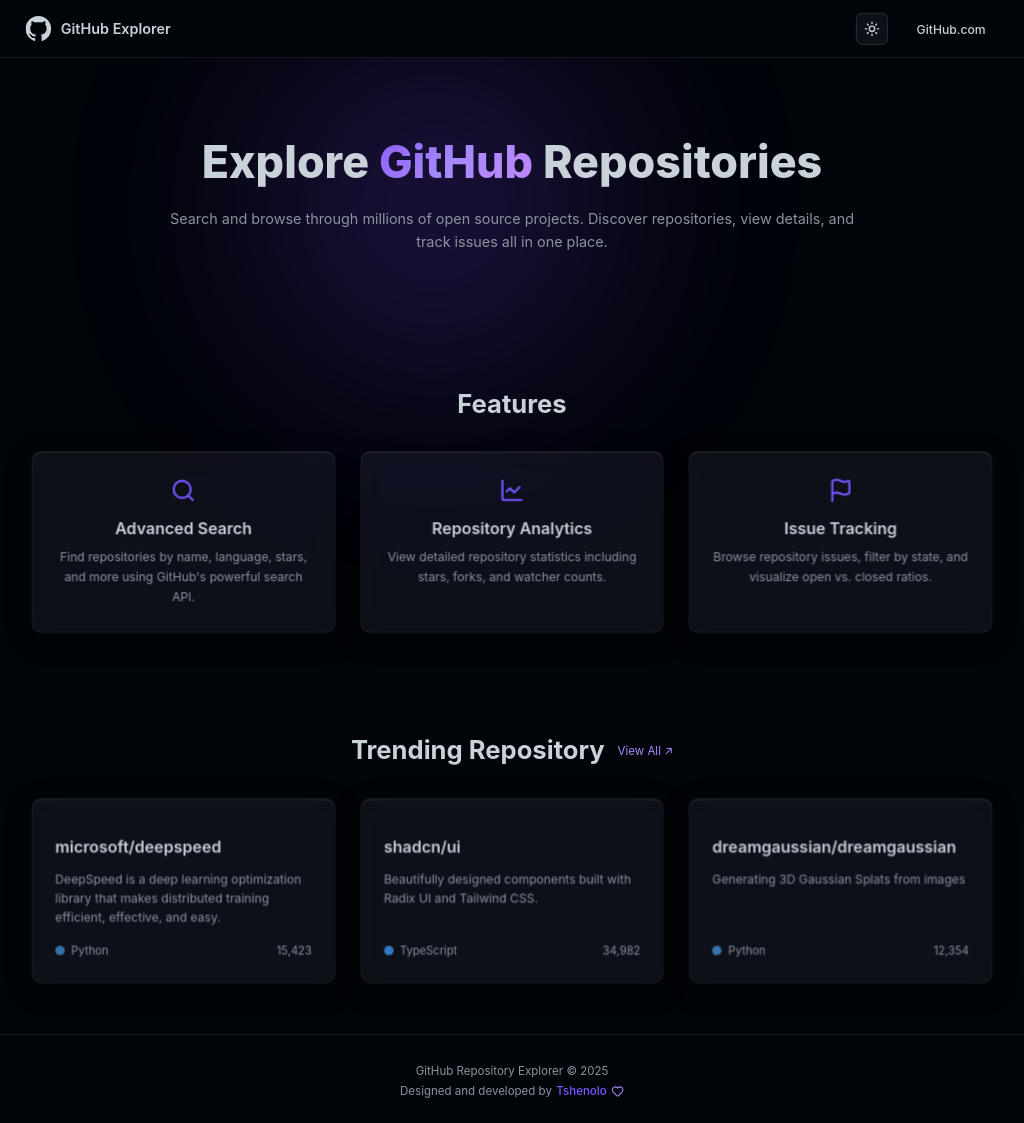
Repository: Tshenolo1994/username-repo
Page: /
These files come from the project's save history. The page is drawn as it stood at one moment and after the next save; the edit follows.
The browser window is 1280 px wide. The pictures show the whole page, at 80% of full size.
The project was rebuilt for these pictures with package versions that can differ from the ones it lists, and the page was loaded fresh each time. Also part of the build but not shown: vite.config.ts, src/views/RepoView.vue.

Above is the page before, as saved 2025-10-27 01:42:06.

### index.html
<!doctype html>
<html lang="en">
  <head>
    <meta charset="UTF-8" />
    <link rel="icon" type="image/svg+xml" href="/vite.svg" />
    <meta name="viewport" content="width=device-width, initial-scale=1.0" />
    <title>commit-explorer</title>
  </head>
  <body>
    <div id="app"></div>
    <script type="module" src="/src/main.ts"></script>
  </body>
</html>

### src/main.ts
import { createApp } from 'vue'
import { createPinia } from 'pinia'
import App from './App.vue'
import router from './router'
import './styles/theme.css'

createApp(App)
  .use(createPinia())
  .use(router)
  .mount('#app')

### src/App.vue
<!-- App.vue or Layout.vue -->
<script setup>
import Header from '@/components/Header.vue';
import Footer from '@/components/Footer.vue';
</script>

<template>
  <div id="app">
    <Header />
    <main>
      <router-view />
    </main>
    <Footer />
  </div>
</template>

### src/router/index.ts
import { createRouter, createWebHistory } from 'vue-router'
import HomeView from '@/views/HomeView.vue'
import RepoView from '@/views/RepoView.vue'

const router = createRouter({
  history: createWebHistory(),
  routes: [
    { path: '/', name: 'home', component: HomeView },
    { path: '/repos/:username', name: 'repos', component: RepoView, props: true },
  ],
  scrollBehavior: () => ({ top: 0 }),
})

export default router

### src/styles/theme.css
:root {
    /* Dark theme (default) */
    --bg: #010409;
    --bg-elev: #0d1117;
    --border: #30363d;
    --text: #c9d1d9;
    --muted: #8b949e;
    --button-bg: #161b22;
    --button-accent: #3fb950;
    --link: #7656FE;
    --error-text: #ff7b72;
    --error-bg: rgba(248, 81, 73, 0.1);
    --empty-state-bg: rgba(13, 17, 23, 0.5);
  }

  html, body, #app {
    margin: 0;
    padding: 0;
    background: var(--bg);
    color: var(--text);
    font-family: 'Inter', system-ui, -apple-system, BlinkMacSystemFont, 'Segoe UI', sans-serif;
    transition: background 0.3s ease, color 0.3s ease;
  }

  * {
    box-sizing: border-box;
  }

  h1, h2, h3, h4, h5, h6 {
    line-height: 1.2;
    margin: 0;
  }

  p {
    margin: 0.25rem 0 0;
  }

  a {
    color: var(--link);
    text-decoration: none;
  }

  button {
    font-family: inherit;
    border: none;
    outline: none;
  }

  input, textarea, select {
    font-family: inherit;
  }

  .card {
    background: var(--bg-elev);
    border: 1px solid var(--border);
    border-radius: 0.75rem;
    padding: 1rem;
    box-shadow: 0 1px 2px rgba(0, 0, 0, 0.15);
  }

### src/components/Header.vue
<script setup lang="ts">
import { Sun, Moon } from 'lucide-vue-next';
import { useTheme } from '@/composables/useTheme';

const { isDark, toggleTheme } = useTheme();
</script>

<template>
  <header class="header">
    <div class="header-content">
      <div class="logo">
        <svg width="32" height="32" viewBox="0 0 16 16" fill="currentColor">
          <path d="M8 0C3.58 0 0 3.58 0 8c0 3.54 2.29 6.53 5.47 7.59.4.07.55-.17.55-.38 0-.19-.01-.82-.01-1.49-2.01.37-2.53-.49-2.69-.94-.09-.23-.48-.94-.82-1.13-.28-.15-.68-.52-.01-.53.63-.01 1.08.58 1.23.82.72 1.21 1.87.87 2.33.66.07-.52.28-.87.51-1.07-1.78-.2-3.64-.89-3.64-3.95 0-.87.31-1.59.82-2.15-.08-.2-.36-1.02.08-2.12 0 0 .67-.21 2.2.82.64-.18 1.32-.27 2-.27.68 0 1.36.09 2 .27 1.53-1.04 2.2-.82 2.2-.82.44 1.1.16 1.92.08 2.12.51.56.82 1.27.82 2.15 0 3.07-1.87 3.75-3.65 3.95.29.25.54.73.54 1.48 0 1.07-.01 1.93-.01 2.2 0 .21.15.46.55.38A8.013 8.013 0 0016 8c0-4.42-3.58-8-8-8z"/>
        </svg>
        <span class="logo-text">GitHub Explorer</span>
      </div>

      <nav class="nav">
        <button @click="toggleTheme" class="theme-toggle" :aria-label="isDark ? 'Switch to light mode' : 'Switch to dark mode'">
          <Sun v-if="isDark" :size="20" />
          <Moon v-else :size="20" />
        </button>
        <a href="https://github.com" target="_blank" rel="noreferrer" class="github-link">
          GitHub.com
        </a>
      </nav>
    </div>
  </header>
</template>

<style scoped>
.header {
  background: var(--bg);
  border-bottom: 1px solid var(--border);
  padding: 1rem 2rem;
  position: sticky;
  top: 0;
  z-index: 100;
  backdrop-filter: blur(8px);
  transition: background 0.3s, border-color 0.3s;
}

.header-content {
  max-width: 1400px;
  margin: 0 auto;
  display: flex;
  justify-content: space-between;
  align-items: center;
}

.logo {
  display: flex;
  align-items: center;
  gap: 0.75rem;
  color: var(--text);
  font-weight: 600;
  font-size: 1.125rem;
  cursor: pointer;
  transition: color 0.2s;
}

.logo:hover {
  color: var(--link);
}

.logo svg {
  flex-shrink: 0;
}

.logo-text {
  font-weight: 600;
}

.nav {
  display: flex;
  align-items: center;
  gap: 1.25rem;
}

.theme-toggle {
  background: var(--bg-elev);
  border: 1px solid var(--border);
  border-radius: 8px;
  width: 40px;
  height: 40px;
  display: flex;
  align-items: center;
  justify-content: center;
  cursor: pointer;
  color: var(--text);
  transition: all 0.2s;
}

.theme-toggle:hover {
  background: var(--border);
  transform: rotate(15deg);
}

.github-link {
  color: var(--text);
  text-decoration: none;
  font-size: 0.95rem;
  font-weight: 500;
  padding: 0.5rem 1rem;
  border-radius: 6px;
  transition: all 0.2s;
}

.github-link:hover {
  color: var(--link);
  background: var(--bg-elev);
}

@media (max-width: 640px) {
  .header {
    padding: 1rem;
  }

  .logo-text {
    display: none;
  }
}
</style>

### src/components/Footer.vue
<script setup lang="ts">
import { Heart } from 'lucide-vue-next';

const currentYear = new Date().getFullYear();
</script>

<template>
  <footer class="footer">
    <div class="footer-content">
      <p class="footer-text">
        GitHub Repository Explorer © {{ currentYear }}
      </p>
      <p class="footer-credits">
        Designed and developed by <a href="#" class="footer-link">Tshenolo</a>
        <Heart :size="16" class="heart-icon" />
      </p>
    </div>
  </footer>
</template>

<style scoped>
.footer {
  background: var(--bg);
  border-top: 1px solid var(--border);
  padding: 2rem;
  margin-top: auto;
  transition: background 0.3s, border-color 0.3s;
}

.footer-content {
  max-width: 1400px;
  margin: 0 auto;
  text-align: center;
}

.footer-text {
  color: var(--muted);
  font-size: 0.9rem;
  margin-bottom: 0.5rem;
}

.footer-credits {
  color: var(--muted);
  font-size: 0.9rem;
  margin: 0;
  display: flex;
  align-items: center;
  justify-content: center;
  gap: 0.35rem;
}

.heart-icon {
  color: #a78bfa;
  fill: none;
}

.footer-link {
  color: var(--link);
  text-decoration: none;
  font-weight: 500;
  transition: opacity 0.2s;
}

.footer-link:hover {
  opacity: 0.8;
}

@media (max-width: 640px) {
  .footer {
    padding: 1.5rem 1rem;
  }

  .footer-text,
  .footer-credits {
    font-size: 0.85rem;
  }
}
</style>

### src/views/HomeView.vue
<script setup lang="ts">
import { ref } from "vue";
import { useRouter } from "vue-router";
import { Search, LineChart, Flag } from "lucide-vue-next";


const features = ref([
  {
    id: 1,
    icon: Search,
    title: "Advanced Search",
    description: "Find repositories by name, language, stars, and more using GitHub's powerful search API.",
  },
  {
    id: 2,
    icon: LineChart,
    title: "Repository Analytics",
    description: "View detailed repository statistics including stars, forks, and watcher counts.",
  },
  {
    id: 3,
    icon: Flag,
    title: "Issue Tracking",
    description: "Browse repository issues, filter by state, and visualize open vs. closed ratios.",
  },
]);

// sample trending repos
const trendingRepos = ref([
  {
    id: 1,
    name: "microsoft/deepspeed",
    stars: 15423,
    description:
      "DeepSpeed is a deep learning optimization library that makes distributed training efficient, effective, and easy.",
    language: "Python",
  },
  {
    id: 2,
    name: "shadcn/ui",
    stars: 34982,
    description:
      "Beautifully designed components built with Radix UI and Tailwind CSS.",
    language: "TypeScript",
  },
  {
    id: 3,
    name: "dreamgaussian/dreamgaussian",
    stars: 12354,
    description: "Generating 3D Gaussian Splats from images",
    language: "Python",
  },
]);

const router = useRouter();
const username = ref("");

function search() {
  if (username.value.trim()) {
    router.push(`/repos/${username.value.trim()}`);
  }
}

function getLangColor(lang: string): string {
  const colors: Record<string, string> = {
    JavaScript: "#f1e05a",
    TypeScript: "#3178c6",
    Python: "#3572A5",
    Java: "#b07219",
    Go: "#00ADD8",
    Ruby: "#701516",
  };
  return colors[lang] || "#6e7681";
}
</script>

<template>
  <div class="home-page">
    <div class="gradient-ball"></div>

    <!-- Hero Section -->
    <section class="hero">
      <div class="hero-content">
        <h1 class="hero-title">
          Explore <span class="gradient-text">GitHub</span> Repositories
        </h1>
        <p class="hero-sub">
          Search and browse through millions of open source projects. Discover
          repositories, view details, and track issues all in one place.
        </p>

        <div class="search-box">
            <div class="search-wrapper">
        <SearchBar />
      </div>
        </div>
      </div>
    </section>

    <!-- Features -->
    <section class="section">
      <div class="section-header">
        <h2>Features</h2>
      </div>

      <div class="grid">
        <div
          v-for="feature in features"
          :key="feature.id"
          class="card glass"
        >
          <component :is="feature.icon" class="icon" :size="32" />
          <h3>{{ feature.title }}</h3>
          <p>{{ feature.description }}</p>
        </div>
      </div>
    </section>

    <!-- Trending -->
    <section class="section">
      <div class="section-header">
        <h2>Trending Repository</h2>
        <a
          href="https://github.com/trending"
          target="_blank"
          rel="noreferrer"
          class="view-all"
        >
          View All ↗
        </a>
      </div>

      <div class="grid">
        <div
          v-for="repo in trendingRepos"
          :key="repo.id"
          class="card glass repo-card"
        >
          <h3 class="repo-name">{{ repo.name }}</h3>
          <p class="repo-desc">{{ repo.description }}</p>
          <div class="repo-meta">
            <div class="lang">
              <span
                class="dot"
                :style="{ backgroundColor: getLangColor(repo.language) }"
              ></span>
              <span>{{ repo.language }}</span>
            </div>
            <div class="stars">
              <svg
                class="star"
                fill="currentColor"
                viewBox="0 0 16 16"
              >
                <path
                  d="M8 .25a.75.75 0 01.673.418l1.882 3.815 4.21.612a.75.75 0 01.416 1.279l-3.046 2.97.719 4.192a.75.75 0 01-1.088.791L8 12.347l-3.766 1.98a.75.75 0 01-1.088-.79l.72-4.194L.818 6.374a.75.75 0 01.416-1.28l4.21-.611L7.327.668A.75.75 0 018 .25z"
                />
              </svg>
              {{ repo.stars.toLocaleString() }}
            </div>
          </div>
        </div>
      </div>
    </section>
  </div>
</template>

<style scoped>
.home-page {
  background: var(--bg);
  color: var(--text);
  min-height: 100vh;
  width: 100%;
  overflow-x: hidden;
  position: relative;
  transition: background 0.3s, color 0.3s;
}

.gradient-ball {
  position: absolute;
  top: -100px;
  left: 50%;
  transform: translateX(-50%);
  width: 600px;
  height: 600px;
  border-radius: 50%;
  background: radial-gradient(circle at center, var(--link) 0%, rgba(124, 58, 237, 0.6) 30%, transparent 70%);
  opacity: 0.3;
  filter: blur(100px);
  z-index: 0;
  animation: float 15s ease-in-out infinite;
  transition: background 0.3s;
}

@keyframes float {
  0% {
    transform: translate(-50%, 0) scale(1);
  }
  25% {
    transform: translate(-80%, -40px) scale(1.2);
  }
  50% {
    transform: translate(-20%, 80px) scale(0.85);
  }
  75% {
    transform: translate(-70%, 30px) scale(1.15);
  }
  100% {
    transform: translate(-50%, 0) scale(1);
  }
}

/* Hero Section */
.hero {
  padding: 6rem 2rem 4rem;
  position: relative;
  z-index: 10;
}

.hero-content {
  max-width: 900px;
  margin: 0 auto;
  text-align: center;
}

.hero-title {
  font-size: 3.5rem;
  font-weight: 800;
  margin-bottom: 1.5rem;
  line-height: 1.2;
}

.gradient-text {
  background: linear-gradient(135deg, #8b5cf6 0%, #a78bfa 50%, #c084fc 100%);
  -webkit-background-clip: text;
  -webkit-text-fill-color: transparent;
  background-clip: text;
}

.hero-sub {
  color: var(--muted);
  font-size: 1.125rem;
  margin-bottom: 2.5rem;
  line-height: 1.6;
}

.search-box {
  display: flex;
  justify-content: center;
  gap: 0.75rem;
  max-width: 600px;
  margin: 0 auto;
}

.search-input {
  padding: 0.875rem 1.25rem;
  border-radius: 8px;
  flex: 1;
  background: var(--bg-elev);
  color: var(--text);
  border: 1px solid var(--border);
  font-size: 0.95rem;
  transition: all 0.2s;
}

.search-input:focus {
  outline: none;
  border-color: var(--link);
  background: var(--bg-elev);
}

.search-input::placeholder {
  color: var(--muted);
}

.search-btn {
  background: var(--button-accent);
  color: white;
  padding: 0.875rem 2rem;
  border-radius: 8px;
  font-weight: 600;
  cursor: pointer;
  border: none;
  font-size: 0.95rem;
  transition: all 0.2s;
}

/* .search-btn:hover {
  background: #2ea043;
  transform: translateY(-1px);
} */

/* Shared Section Styling */
.section {
  padding: 4rem 2rem;
  position: relative;
  z-index: 10;
}

.section-header {
  display: flex;
  align-items: center;
  justify-content: center;
  gap: 1rem;
  margin-bottom: 2.5rem;
}

.section-header h2 {
  font-size: 2rem;
  font-weight: 700;
  color: var(--text);
}

.view-all {
  color: #a78bfa;
  font-size: 0.9rem;
  text-decoration: none;
  display: flex;
  align-items: center;
  gap: 0.25rem;
  transition: all 0.2s;
}

.view-all:hover {
  color: #c084fc;
  transform: translateX(2px);
}

/* Grid + Cards */
.grid {
  display: grid;
  grid-template-columns: repeat(3, 1fr);
  gap: 2rem;
  max-width: 1200px;
  margin: 0 auto;
}

@media (max-width: 980px) {
  .grid {
    grid-template-columns: 1fr;
  }
  .hero-title {
    font-size: 2.5rem;
  }
}

.card {
  padding: 2rem 1.75rem;
  border-radius: 12px;
  text-align: center;
  transition: all 0.3s ease;
}

.card:hover {
  transform: translateY(-6px);
}

/* Glass look */
.glass {
  background: rgba(255, 255, 255, 0.05);
  border: 1px solid rgba(255, 255, 255, 0.1);
  backdrop-filter: blur(20px) saturate(180%);
  box-shadow: 0 8px 32px rgba(0, 0, 0, 0.4),
              inset 0 1px 0 rgba(255, 255, 255, 0.1);
  transition: all 0.3s ease;
}

[data-theme="light"] .glass {
  background: rgba(255, 255, 255, 0.7);
  border: 1px solid rgba(255, 255, 255, 0.3);
  backdrop-filter: blur(20px) saturate(180%);
  box-shadow: 0 8px 32px rgba(0, 0, 0, 0.1),
              inset 0 1px 0 rgba(255, 255, 255, 0.5);
}

.glass:hover {
  background: rgba(255, 255, 255, 0.08);
  border: 1px solid rgba(255, 255, 255, 0.15);
  box-shadow: 0 12px 40px rgba(0, 0, 0, 0.5),
              inset 0 1px 0 rgba(255, 255, 255, 0.15);
}

[data-theme="light"] .glass:hover {
  background: rgba(255, 255, 255, 0.85);
  border: 1px solid rgba(255, 255, 255, 0.4);
  box-shadow: 0 12px 40px rgba(0, 0, 0, 0.15),
              inset 0 1px 0 rgba(255, 255, 255, 0.6);
}

.card h3 {
  font-size: 1.25rem;
  font-weight: 600;
  margin: 1rem 0 0.75rem;
  color: var(--text);
}

.card p {
  color: var(--muted);
  font-size: 0.95rem;
  line-height: 1.6;
}

.icon {
  color: var(--link);
  margin: 0 auto;
}

/* Trending Repo cards */
.repo-card {
  text-align: left;
  display: flex;
  flex-direction: column;
}

.repo-name {
  color: var(--link);
  font-weight: 600;
  font-size: 1.1rem;
  margin: 0 0 0.75rem 0;
  transition: color 0.2s;
  min-height: 1.5rem;
}

.repo-card:hover .repo-name {
  color: var(--link);
  opacity: 0.8;
}

.repo-desc {
  color: var(--muted);
  font-size: 0.9rem;
  margin-bottom: 1.25rem;
  line-height: 1.5;
  flex: 1;
  min-height: 3rem;
}

.repo-meta {
  display: flex;
  justify-content: space-between;
  align-items: center;
  font-size: 0.875rem;
  color: var(--muted);
  margin-top: auto;
}

.lang {
  display: flex;
  align-items: center;
}

.dot {
  display: inline-block;
  width: 12px;
  height: 12px;
  border-radius: 50%;
  margin-right: 0.5rem;
}

.stars {
  display: flex;
  align-items: center;
  gap: 0.35rem;
}
F
.star {
  width: 16px;
  height: 16px;
  color: #fbbf24;
}
</style>

### src/composables/useTheme.ts
import { ref, onMounted, watch } from 'vue';

export const darkTheme = {
  background: '#010409',
  surface: '#0d1117',
  border: '#30363d',
  text: '#c9d1d9',
  secondaryText: '#8b949e',
  buttonBg: '#161b22',
  buttonAccent: '#3fb950',
  linkColor: '#7656FE',
  errorText: '#ff7b72',
  errorBackground: 'rgba(248, 81, 73, 0.1)',
  emptyStateBackground: 'rgba(13, 17, 23, 0.5)',
};

export const lightTheme = {
  background: '#f6f6f6',
  surface: '#fbfefb',
  border: '#d0d7de',
  text: '#24292f',
  secondaryText: '#57606a',
  buttonBg: '#f6f8fa',
  buttonAccent: '#3fb950',
  linkColor: '#7656FE',
  errorText: '#cf222e',
  errorBackground: 'rgba(248, 81, 73, 0.05)',
  emptyStateBackground: 'rgba(246, 248, 250, 0.5)',
};

type Theme = typeof darkTheme;

const isDark = ref(true);

export function useTheme() {
  const theme = ref<Theme>(darkTheme);

  const applyTheme = (themeObj: Theme) => {
    const root = document.documentElement;
    root.style.setProperty('--bg', themeObj.background);
    root.style.setProperty('--bg-elev', themeObj.surface);
    root.style.setProperty('--border', themeObj.border);
    root.style.setProperty('--text', themeObj.text);
    root.style.setProperty('--muted', themeObj.secondaryText);
    root.style.setProperty('--button-bg', themeObj.buttonBg);
    root.style.setProperty('--button-accent', themeObj.buttonAccent);
    root.style.setProperty('--link', themeObj.linkColor);
    root.style.setProperty('--error-text', themeObj.errorText);
    root.style.setProperty('--error-bg', themeObj.errorBackground);
    root.style.setProperty('--empty-state-bg', themeObj.emptyStateBackground);
  };

  const toggleTheme = () => {
    isDark.value = !isDark.value;
    theme.value = isDark.value ? darkTheme : lightTheme;
    applyTheme(theme.value);
    localStorage.setItem('theme', isDark.value ? 'dark' : 'light');
  };

  const initTheme = () => {
    const savedTheme = localStorage.getItem('theme');
    if (savedTheme) {
      isDark.value = savedTheme == 'dark';
    } else {
      isDark.value = true;
    }
    theme.value = isDark.value ? darkTheme : lightTheme;
    applyTheme(theme.value);
  };

  onMounted(() => {
    initTheme();
  });

  return {
    isDark,
    theme,
    toggleTheme,
  };
}

### src/components/SearchBar.vue
<script setup lang="ts">
import { ref } from 'vue';
import { useRouter } from 'vue-router';

const router = useRouter();
const username = ref('');
const validationError = ref('');

const searchUser = () => {
  validationError.value = '';

  if (!username.value.trim()) {
    validationError.value = 'Please enter a username';
    return;
  }

  // Validate GitHub username format
  const usernamePattern = /^[a-zA-Z0-9-]+$/;
  if (!usernamePattern.test(username.value)) {
    validationError.value = 'Username can only contain letters, numbers, and hyphens';
    return;
  }

  const user = username.value.trim();

  // Just navigate - the RepoView page will fetch using Pinia
  router.push(`/repos/${user}`);
  username.value = '';
};
</script>

<template>
  <div class="search-container">
    <form @submit.prevent="searchUser" class="search-form">
      <input
        v-model="username"
        placeholder="Search username..."
        class="search-input"
        :class="{ 'has-error': validationError }"
        required
      />
      <button type="submit" class="search-btn">
        Search
      </button>
    </form>
    <p v-if="validationError" class="error-message">{{ validationError }}</p>
  </div>
</template>

<style scoped>
.search-container {
  width: 100%;
}

.search-form {
  display: flex;
  gap: 0.5rem;
  width: 100%;
}

.search-input {
  flex: 1;
  padding: 0.5rem 1rem;
  border-radius: 6px;
  background: var(--button-bg);
  color: var(--text);
  border: 1px solid var(--border);
  font-size: 0.9rem;
  transition: all 0.2s;
}

.search-input:focus {
  outline: none;
  border-color: var(--link);
}

.search-input.has-error {
  border-color: var(--error-text);
}

.search-input::placeholder {
  color: var(--muted);
}

.search-btn {
  background: var(--button-accent);
  color: white;
  padding: 0.5rem 1.25rem;
  border-radius: 6px;
  font-weight: 600;
  cursor: pointer;
  font-size: 0.9rem;
  transition: all 0.2s;
  white-space: nowrap;
}

.search-btn:hover {
  background: #2ea043;
}

.error-message {
  color: var(--error-text);
  background: var(--error-bg);
  padding: 0.5rem;
  border-radius: 4px;
  font-size: 0.85rem;
  margin-top: 0.5rem;
}
</style>

After the next save:
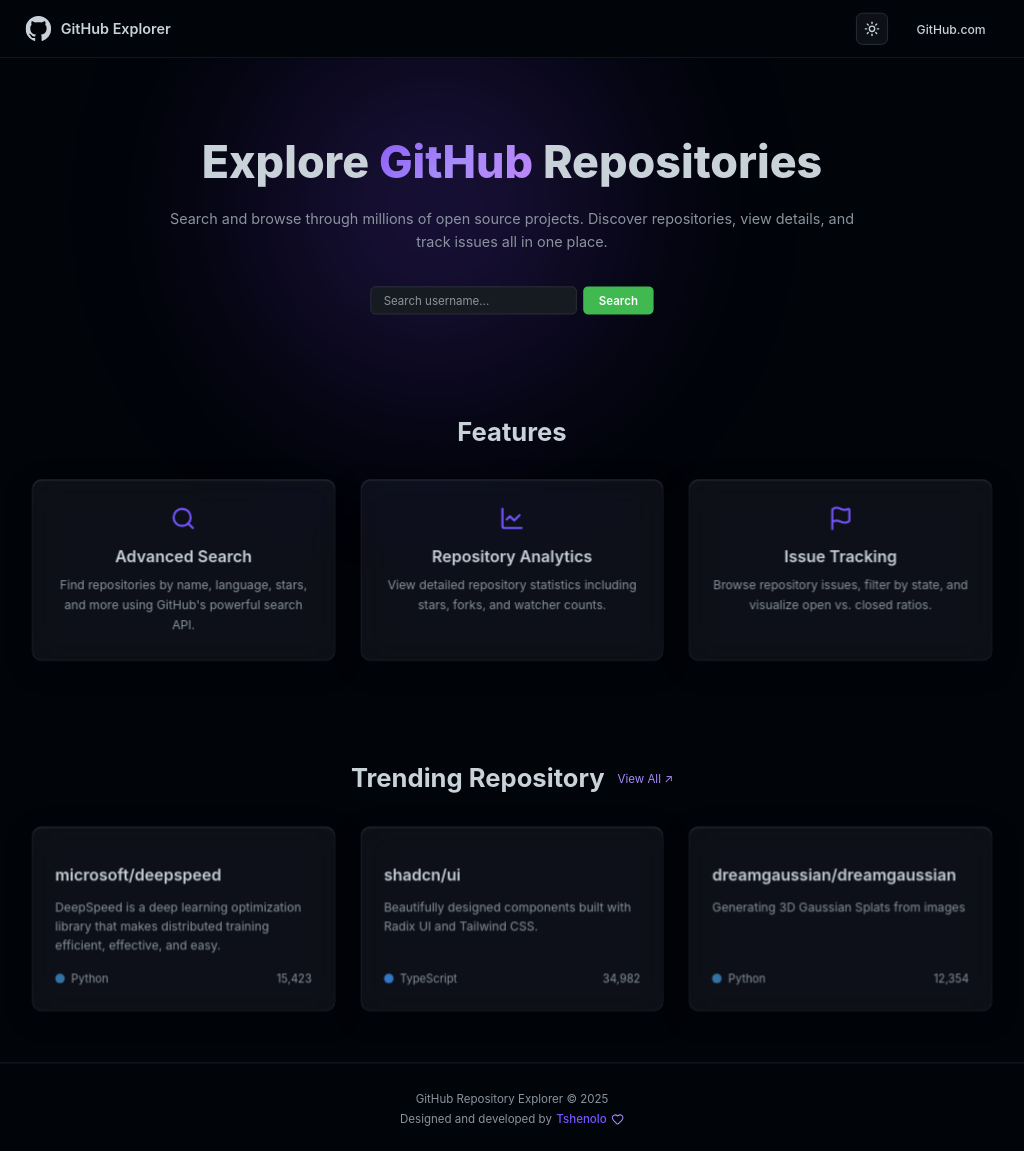
Saved 13 s later.
--- a/src/views/HomeView.vue
+++ b/src/views/HomeView.vue
@@ -3,7 +3,7 @@
 import { useRouter } from "vue-router";
 import { Search, LineChart, Flag } from "lucide-vue-next";
 
-
+import SearchBar from '@/components/SearchBar.vue';
 const features = ref([
   {
     id: 1,
